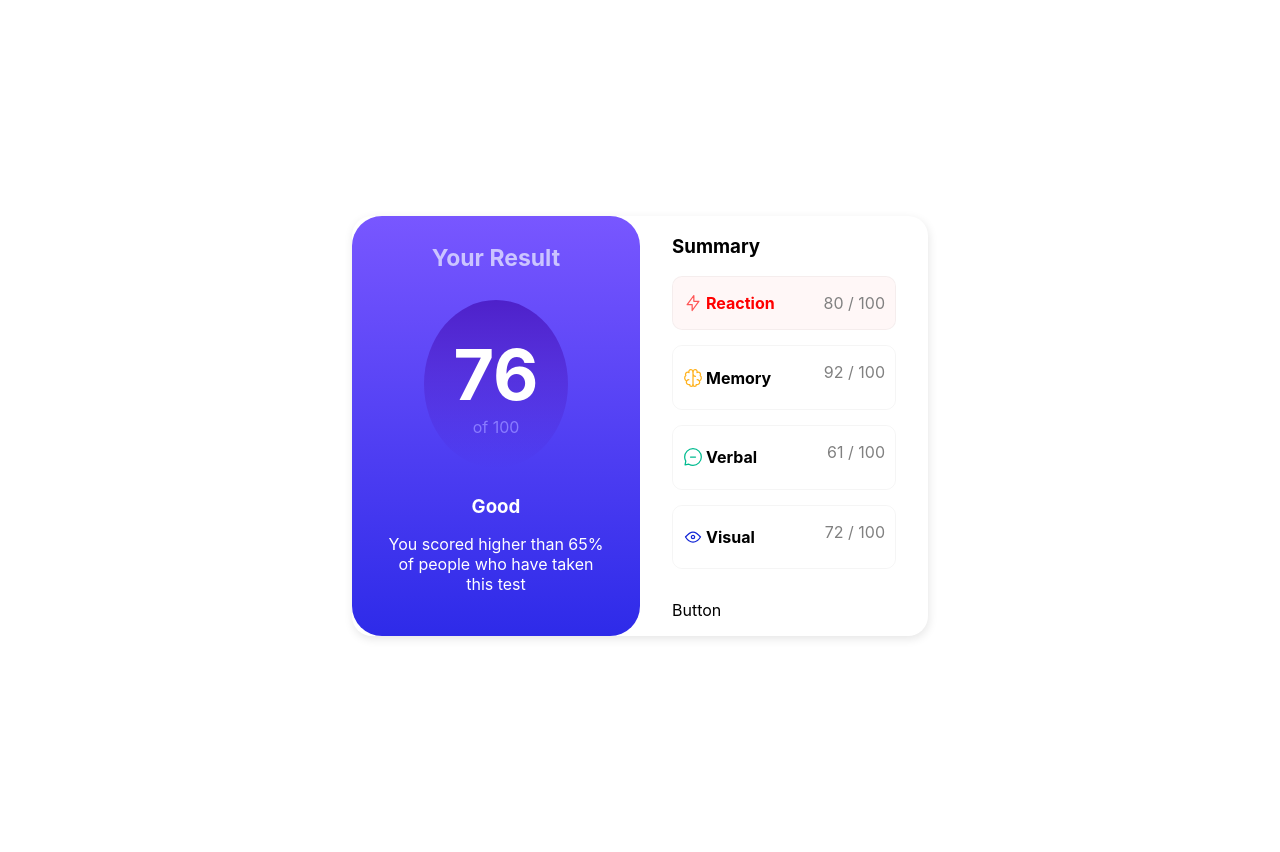
Repository: JeanPaulBassil/Result-Summary-Design
Page: /
An editor plug-in stored every save of this project. The page is shown before and after the next save, followed by the edit.
The browser window is 1280 px wide. The pictures show the whole page.
The project was rebuilt for these pictures with package versions that can differ from the ones it lists, and the page was loaded fresh each time.

Above is the page before, as saved 2023-02-24 17:49:29.

After the next save:
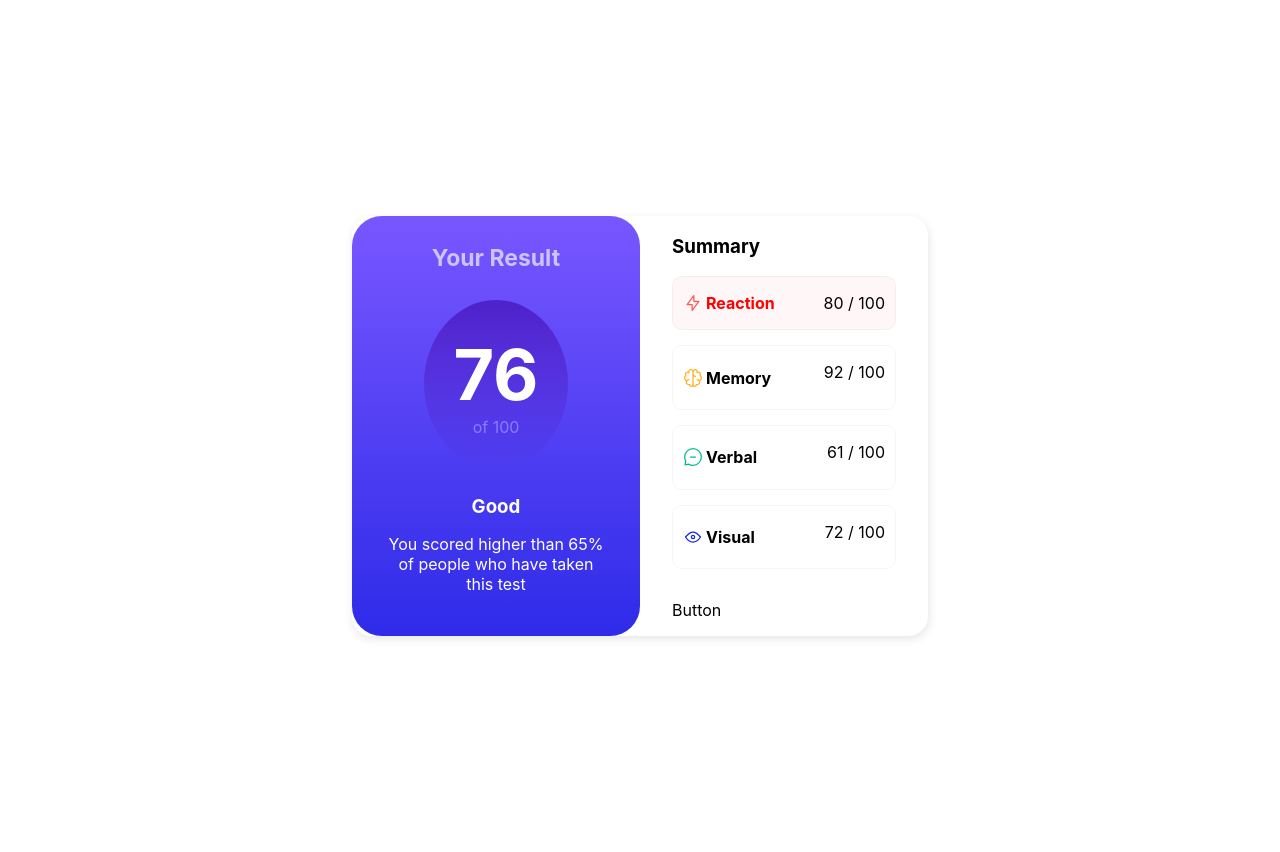
Saved 52 s later.
--- a/src/Components/Summary/Summary.css
+++ b/src/Components/Summary/Summary.css
@@ -29,7 +29,7 @@
 }
 
 .part > p {
-    color: gray
+    display: inline;
 }
 
 .red {
